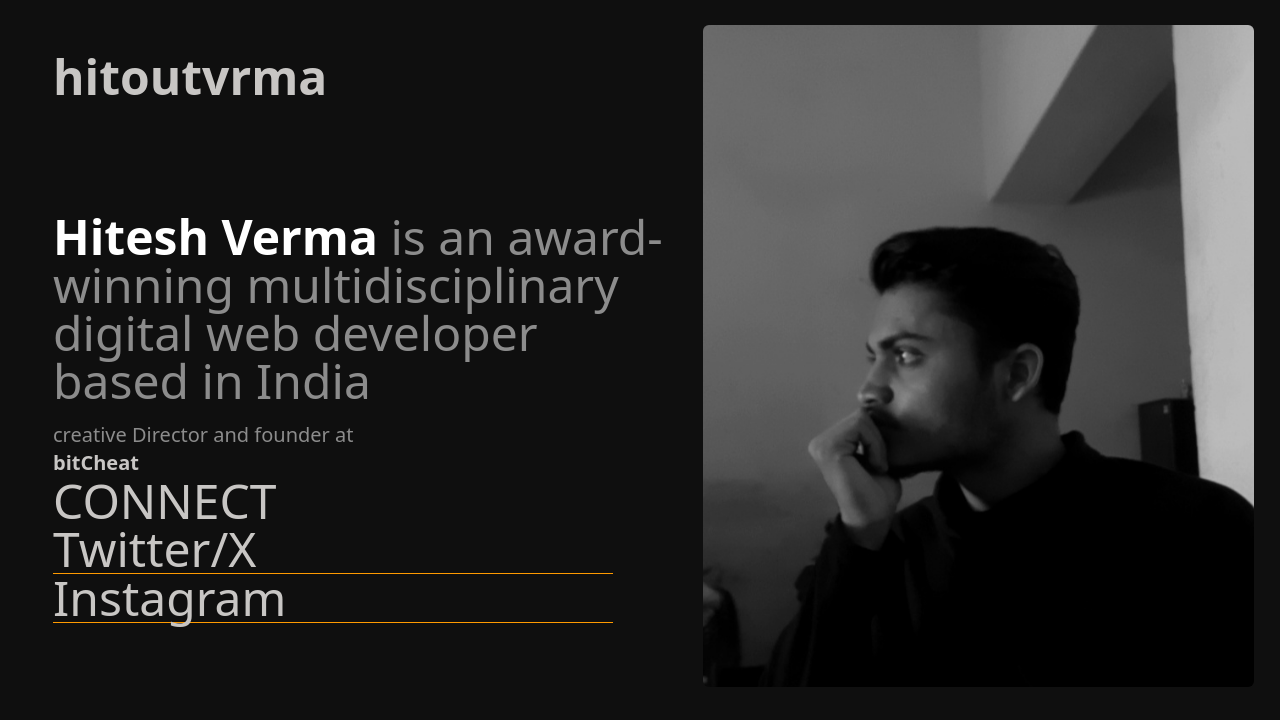
Repository: hitoutvrma/portfolio
Page: /
The author's editor kept a copy of each file at every save. The page is drawn from the files as they stood at one save, then again after a run of saves.
The browser window is 1280 px wide. The pictures show the whole page.
The project was rebuilt for these pictures with package versions that can differ from the ones it lists, and the page was loaded fresh each time. Also part of the build but not shown: vite.config.js.

Above is the page before, as saved 2025-03-07 01:14:02.

### src/index.css
@import "tailwindcss";
body{
    background-color: #0f0f0f;
    color: #c8c6c4;
    padding: 25px;
}

### src/App.jsx
import React from 'react'

function App() {
  return (
    <div className=''>
      <div className="sm:flex">
      <div className='hero sm:p-7 sm:text-5xl text-[8vw] w-[80vw] sm:w-[53vw]'>
      <logo className='text-4xl sm:text-5xl font-semibold'>hitoutvrma</logo>
        <p className='mt-28 leading-none text-[#8c8c8c]'><span className='text-white font-semibold'>Hitesh Verma</span> is an award-winning multidisciplinary digital web developer based in India</p>

        <div className='text-xl pt-4'>
          <p className='text-[#8c8c8c]'>creative Director and founder at </p>
          <p className='font-semibold'>bitCheat</p>
        </div>
        <div className=''>
          <p>CONNECT</p>
          <p>Twitter/X</p>
          <div className='w-[90%] h-[0.1vh] bg-amber-500'></div>
          <p>Instagram</p>
          <div className='w-[90%] h-[0.1vh] bg-amber-500'></div>
        </div>
        </div>
        <div style={{ backgroundImage: "url('/user.jpg')" }} className=' bg-cover bg-center w-[43vw] h-[92vh]  bg-[#3a3a3a] rounded-md'>
        </div>
      </div>

    </div>
  )
}

export default App

Loaded but not shown: index.html (common file); src/main.jsx (common file)

After the next 4 saves:
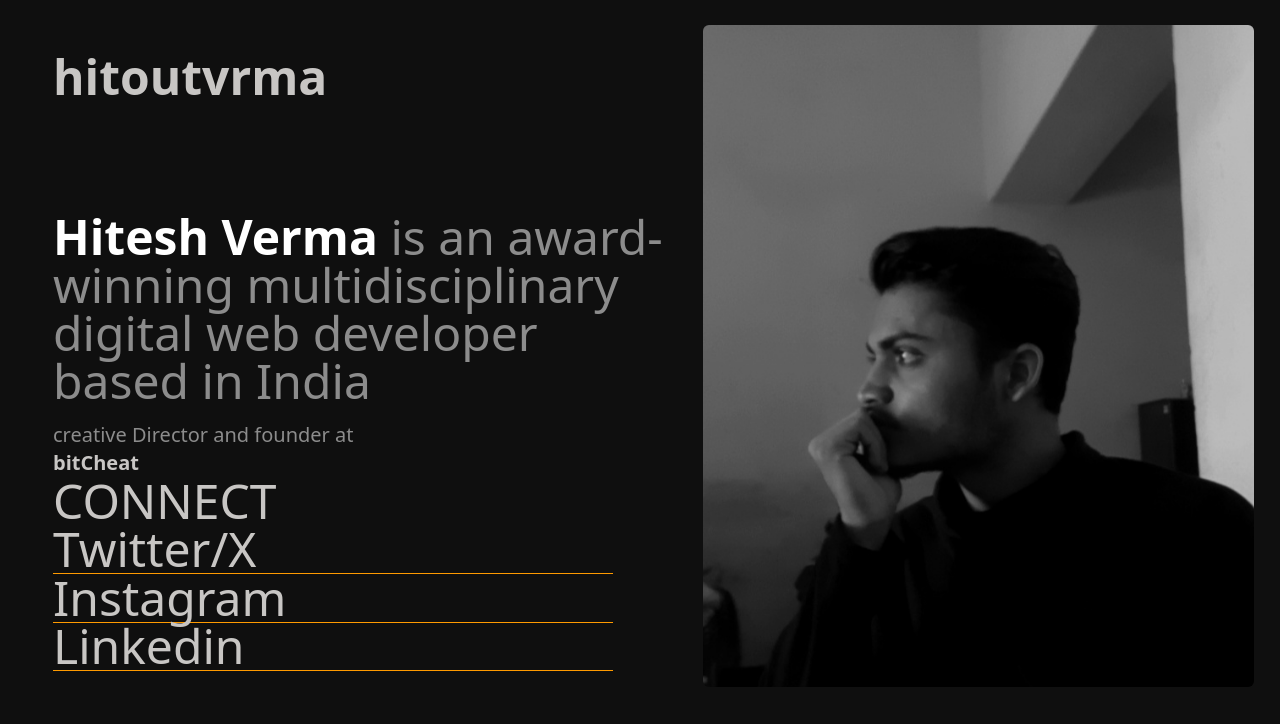
The 4 saves are shown as one change because they came seconds apart.
The last was saved 17 s later.
--- a/src/App.jsx
+++ b/src/App.jsx
@@ -18,6 +18,8 @@ function App() {
           <div className='w-[90%] h-[0.1vh] bg-amber-500'></div>
           <p>Instagram</p>
           <div className='w-[90%] h-[0.1vh] bg-amber-500'></div>
+          <p>Linkedin</p>
+          <div className='w-[90%] h-[0.1vh] bg-amber-500'></div>
         </div>
         </div>
         <div style={{ backgroundImage: "url('/user.jpg')" }} className=' bg-cover bg-center w-[43vw] h-[92vh]  bg-[#3a3a3a] rounded-md'>
